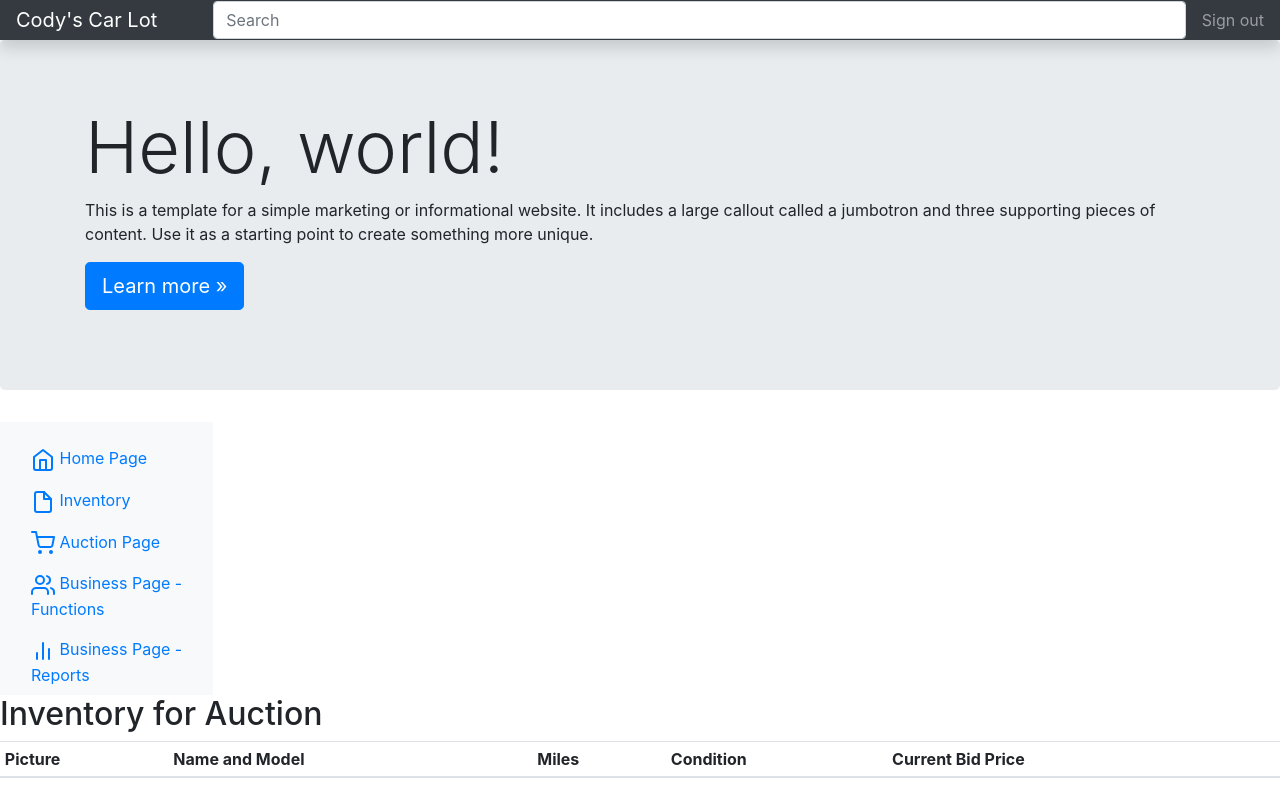
Repository: CodyHogge/CarDealershipProject
Page: http://localhost/CarDealershipProject/booted_auction.jsp
The author's editor kept a copy of each file at every save. The page is drawn from the files as they stood at one save, then again after the next save.
The browser window is 1280 px wide. The pictures show the whole page.
The page is served by Tomcat 9. The template is opened directly, without the code that normally fills it, so the values that code supplies are empty.

Above is the page before, as saved 2020-09-16 15:53:41.

After the next save:
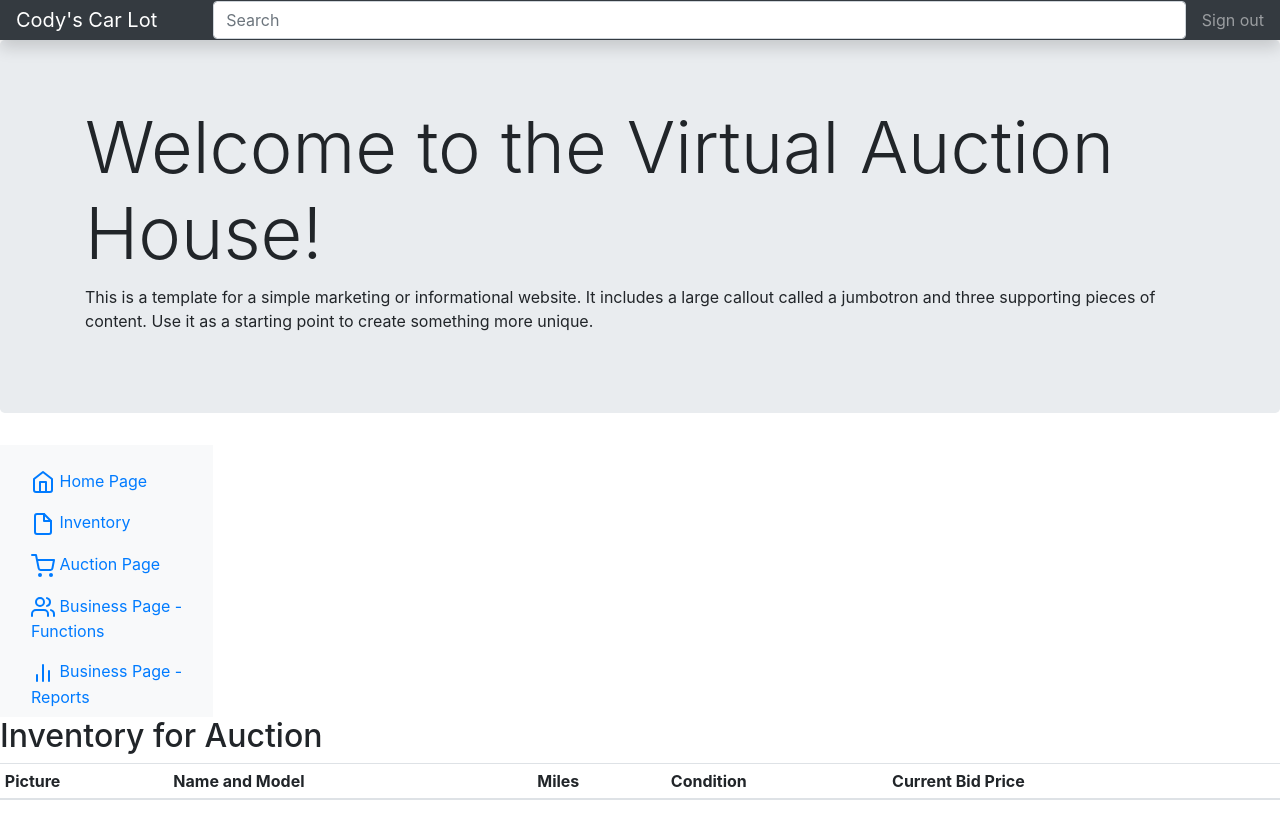
Saved 24 s later.
--- a/CarDealershipProject/WebContent/booted_auction.jsp
+++ b/CarDealershipProject/WebContent/booted_auction.jsp
@@ -25,9 +25,8 @@
 
 	<div class="jumbotron">
     <div class="container">
-      <h1 class="display-3">Hello, world!</h1>
+      <h1 class="display-3">Welcome to the Virtual Auction House!</h1>
       <p>This is a template for a simple marketing or informational website. It includes a large callout called a jumbotron and three supporting pieces of content. Use it as a starting point to create something more unique.</p>
-      <p><a class="btn btn-primary btn-lg" href="#" role="button">Learn more »</a></p>
     </div>
   	</div>
 
